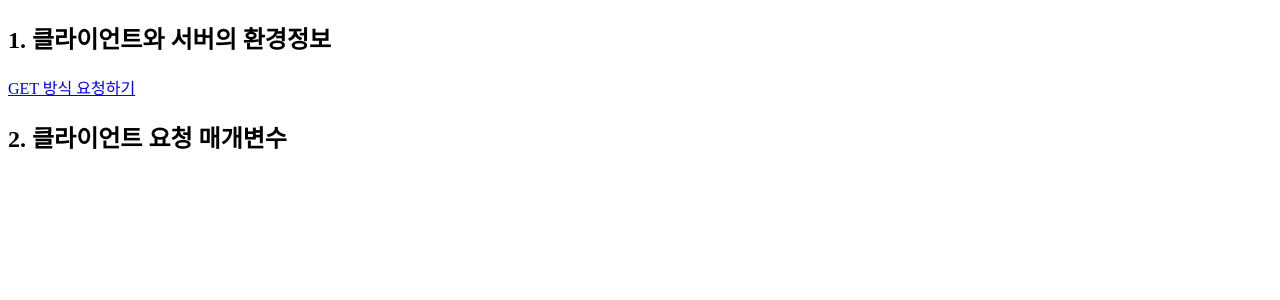
Repository: parkblacksheep/JSP-Servlet
Page: http://localhost/HelloJSP2_2/object/requestMain.jsp
An editor plug-in stored every save of this project. The page is shown before and after the next save, followed by the edit.
The browser window is 1280 px wide. The pictures show the whole page.
The page is served by Tomcat 9.

Above is the page before, as saved 2024-07-25 02:17:26.

### HelloJSP2_2/src/main/webapp/object/requestMain.jsp
<%@ page language="java" contentType="text/html; charset=UTF-8"
    pageEncoding="UTF-8"%>
<!DOCTYPE html>
<html>
<head>
<meta charset="UTF-8">
<title>Insert title here</title>
</head>
<body>
	<h2>1. 클라이언트와 서버의 환경정보 </h2>
	<a href="./requestWebInfo.jsp?eng=Hello&han=안녕"> GET 방식 요청하기</a>
	<br/>
	<form action="requestWebInfo.jsp" method="post">

	</form>
	<h2>2. 클라이언트  요청 매개변수 </h2>
	<form action="post" action="requestParameter.jsp"></form>
</body>
</html>

After the next save:
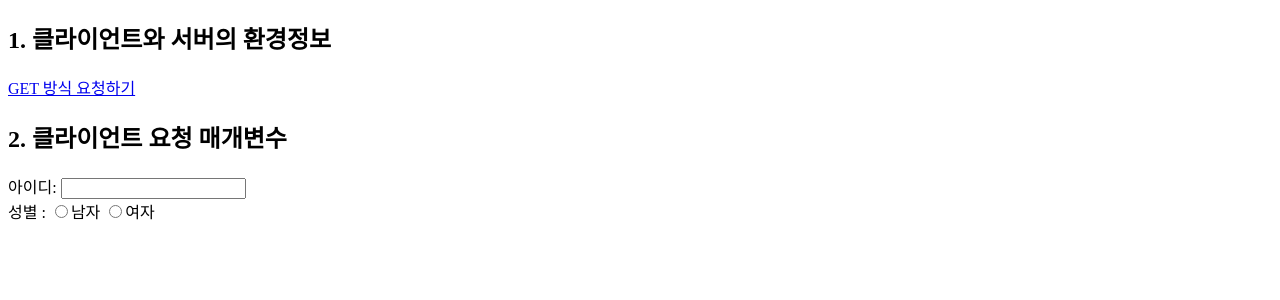
Saved 2 min 10 s later.
--- a/HelloJSP2_2/src/main/webapp/object/requestMain.jsp
+++ b/HelloJSP2_2/src/main/webapp/object/requestMain.jsp
@@ -14,6 +14,11 @@
 
 	</form>
 	<h2>2. 클라이언트  요청 매개변수 </h2>
-	<form action="post" action="requestParameter.jsp"></form>
+	<form action="post" action="requestParameter.jsp">
+		아이디: <input type="text" name="id" value=""><br>
+		성별 :
+			<input type="radio"name="sex" value="man">남자
+			<input type="radio"name="sex" value="waman">여자
+	</form>
 </body>
 </html>
